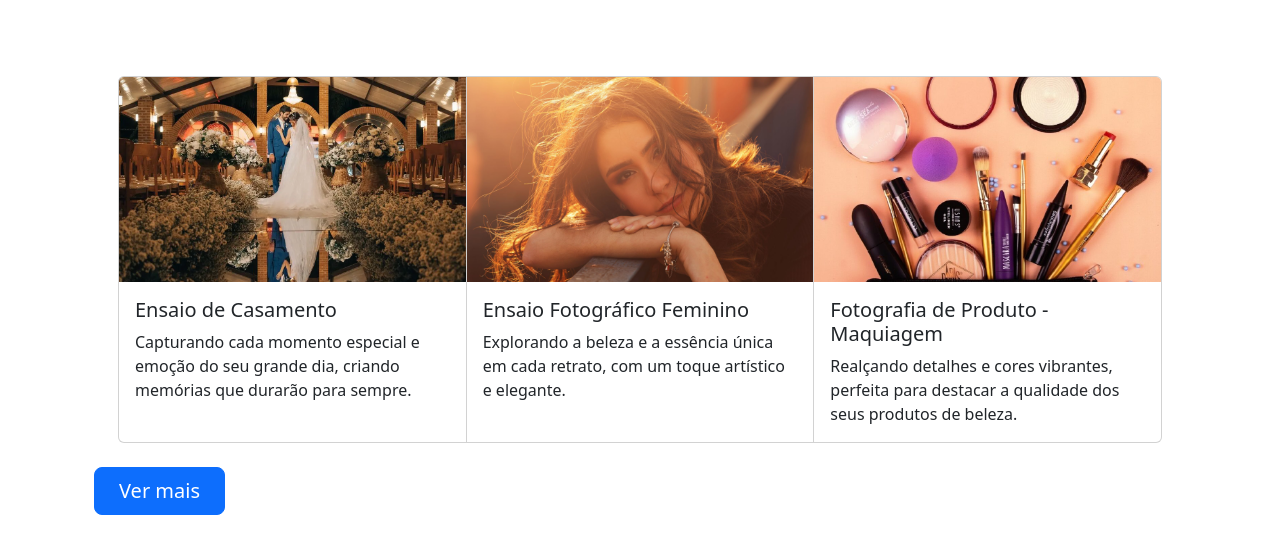
Repository: Marinalr-25/portifolio-fotografia
Page: index.html
The author's editor kept a copy of each file at every save. The page is drawn from the files as they stood at one save, then again after the next save.
The browser window is 1280 px wide. The pictures show the part of the page from y = 653 to 1192 px (the page is 1192 px tall).
A picture or video elsewhere on the page could not be fetched, so the positions and the page height are approximate.

Above is the page before, as saved 2025-01-19 17:05:00.

### index.html
<!DOCTYPE html>
<html lang="pt-BR" data-bs-theme="dark">
  <head>
    <meta charset="utf-8" />
    <meta name="viewport" content="width=device-width, initial-scale=1" />
    <title>Portifolio Fotográfia</title>
    <link
      href="https://cdn.jsdelivr.net/npm/bootstrap@5.3.3/dist/css/bootstrap.min.css"
      rel="stylesheet"
      integrity="sha384-QWTKZyjpPEjISv5WaRU9OFeRpok6YctnYmDr5pNlyT2bRjXh0JMhjY6hW+ALEwIH"
      crossorigin="anonymous"
    />
    <!-- Bootstrap Icons -->
    <link
      href="https://cdn.jsdelivr.net/npm/bootstrap-icons/font/bootstrap-icons.css"
      rel="stylesheet"
    />
    <link rel="stylesheet" href="css/style.css" />
  </head>
  <body>
    <!-- Header -->
    <div class="container">
      <header
        class="d-flex flex-wrap justify-content-center py-3 mb-4 border-bottom"
      >
        <a
          href="/"
          class="d-flex align-items-center mb-3 mb-md-0 me-md-auto link-body-emphasis text-decoration-none"
        >
          <svg class="bi me-2" width="40" height="32">
            <use xlink:href="#bootstrap" />
          </svg>
          <span class="fs-4">Fotográfo Bootstrap</span>
        </a>

        <ul class="nav nav-pills">
          <li class="nav-item">
            <a href="#home" class="nav-link active" aria-current="page">Home</a>
          </li>
          <li class="nav-item">
            <a href="#galeria" class="nav-link">Galeria</a>
          </li>
          <li class="nav-item">
            <a href="#sobre" class="nav-link">Sobre mim</a>
          </li>
          <li class="nav-item">
            <a href="#servicos" class="nav-link">Serviços</a>
          </li>
          <li class="nav-item">
            <a href="#contato" class="nav-link">Contato</a>
          </li>
          <button id="toggleThemeBtn" class="btn btn-light">
            <i id="themeIcon" class="bi bi-brightness-high"></i>
          </button>
        </ul>
      </header>
    </div>

    <!-- Hero -->
    <div class="container col-xxl-8 px-4 py-5">
      <div class="row flex-lg-row-reverse align-items-center g-5 py-5">
        <div class="col-10 col-sm-8 col-lg-6">
          <img
            src="src/fotografiaHero.jpg"
            class="d-block mx-lg-auto img-fluid img-hero"
            alt="Bootstrap Themes"
            width="700"
            height="500"
            loading="lazy"
          />
        </div>
        <div class="col-lg-6">
          <h1 class="fw-bold text-body-emphasis lh-1 mb-3">
            Capturando Momentos, Criando Memórias
          </h1>
          <p class="lead">
            Com uma abordagem única e criativa, busco capturar a essência de
            cada cena e emoção. Meu trabalho é uma mistura de técnica, paixão e
            sensibilidade. Através da minha lente, tento criar imagens que falam
            por si mesmas.
          </p>
          <div class="d-grid gap-2 d-md-flex justify-content-md-start">
            <button type="button" class="btn btn-primary btn-lg px-4 me-md-2">
              Veja meu trabalho
            </button>
            <button type="button" class="btn btn-outline-secondary btn-lg px-4">
              Entre em Contato
            </button>
          </div>
        </div>
      </div>
    </div>

    <!-- Galeria -->
    <div class="container card-group p-4">
      <div class="card-group p-4">
        <div class="card">
          <img
            src="src/casamento.webp"
            class="card-img-top"
            alt="ensaio fotografico de casamento"
          />
          <div class="card-body">
            <h5 class="card-title">Ensaio de Casamento</h5>
            <p class="card-text">
              Capturando cada momento especial e emoção do seu grande dia,
              criando memórias que durarão para sempre.
            </p>
          </div>
        </div>
        <div class="card">
          <img
            src="src/ensaiofotografico.jpeg"
            class="card-img-top"
            alt="ensaio fotografico de uma mulher"
          />
          <div class="card-body">
            <h5 class="card-title">Ensaio Fotográfico Feminino</h5>
            <p class="card-text">
              Explorando a beleza e a essência única em cada retrato, com um
              toque artístico e elegante.
            </p>
          </div>
        </div>
        <div class="card">
          <img
            src="src/maquiagem.jpg"
            class="card-img-top"
            alt="ensaio fotografico de produto (maquiagem)"
          />
          <div class="card-body">
            <h5 class="card-title">Fotografia de Produto - Maquiagem</h5>
            <p class="card-text">
              Realçando detalhes e cores vibrantes, perfeita para destacar a
              qualidade dos seus produtos de beleza.
            </p>
          </div>
        </div>
      </div>
      <button
        type="button"
        class="btn btn-primary btn-lg px-4 me-md-2 d-flex justify-content-center"
      >
        Ver mais
      </button>
    </div>

    <script
      src="https://cdn.jsdelivr.net/npm/@popperjs/core@2.11.8/dist/umd/popper.min.js"
      integrity="sha384-I7E8VVD/ismYTF4hNIPjVp/Zjvgyol6VFvRkX/vR+Vc4jQkC+hVqc2pM8ODewa9r"
      crossorigin="anonymous"
    ></script>
    <script
      src="https://cdn.jsdelivr.net/npm/bootstrap@5.3.3/dist/js/bootstrap.min.js"
      integrity="sha384-0pUGZvbkm6XF6gxjEnlmuGrJXVbNuzT9qBBavbLwCsOGabYfZo0T0to5eqruptLy"
      crossorigin="anonymous"
    ></script>
    <script src="js/script.js"></script>
  </body>
</html>

### css/style.css
/* Style Bootstrap */

.bd-placeholder-img {
  font-size: 1.125rem;
  text-anchor: middle;
  -webkit-user-select: none;
  -moz-user-select: none;
  user-select: none;
}

@media (min-width: 768px) {
  .bd-placeholder-img-lg {
    font-size: 3.5rem;
  }
}

.b-example-divider {
  width: 100%;
  height: 3rem;
  background-color: rgba(0, 0, 0, 0.1);
  border: solid rgba(0, 0, 0, 0.15);
  border-width: 1px 0;
  box-shadow: inset 0 0.5em 1.5em rgba(0, 0, 0, 0.1),
    inset 0 0.125em 0.5em rgba(0, 0, 0, 0.15);
}

.b-example-vr {
  flex-shrink: 0;
  width: 1.5rem;
  height: 100vh;
}

.bi {
  vertical-align: -0.125em;
  fill: currentColor;
}

.nav-scroller {
  position: relative;
  z-index: 2;
  height: 2.75rem;
  overflow-y: hidden;
}

.nav-scroller .nav {
  display: flex;
  flex-wrap: nowrap;
  padding-bottom: 1rem;
  margin-top: -1px;
  overflow-x: auto;
  text-align: center;
  white-space: nowrap;
  -webkit-overflow-scrolling: touch;
}

.btn-bd-primary {
  --bd-violet-bg: #712cf9;
  --bd-violet-rgb: 112.520718, 44.062154, 249.437846;

  --bs-btn-font-weight: 600;
  --bs-btn-color: var(--bs-white);
  --bs-btn-bg: var(--bd-violet-bg);
  --bs-btn-border-color: var(--bd-violet-bg);
  --bs-btn-hover-color: var(--bs-white);
  --bs-btn-hover-bg: #6528e0;
  --bs-btn-hover-border-color: #6528e0;
  --bs-btn-focus-shadow-rgb: var(--bd-violet-rgb);
  --bs-btn-active-color: var(--bs-btn-hover-color);
  --bs-btn-active-bg: #5a23c8;
  --bs-btn-active-border-color: #5a23c8;
}

.bd-mode-toggle {
  z-index: 1500;
}

.bd-mode-toggle .dropdown-menu .active .bi {
  display: block !important;
}

/* CSS próprio */

/* Header */

/* Hero */
.img-hero {
  width: 1000px;
}

/* Galeria */
.card-img-top {
  width: 100%;
  height: 205px;
  object-fit: cover;
}

### js/script.js
const toggleThemeBtn = document.getElementById('toggleThemeBtn');
const themeIcon = document.getElementById('themeIcon');
const body = document.body;

// Função para definir o ícone, tema e a classe do botão ao carregar a página
function setInitialTheme() {
  if (body.getAttribute('data-bs-theme') === 'dark') {
    themeIcon.classList.remove('bi-brightness-high');
    themeIcon.classList.add('bi-moon-stars-fill');
    toggleThemeBtn.classList.remove('btn-light');
    toggleThemeBtn.classList.add('btn-dark');
  } else {
    body.setAttribute('data-bs-theme', 'light');
    themeIcon.classList.remove('bi-moon-stars-fill');
    themeIcon.classList.add('bi-brightness-high');
    toggleThemeBtn.classList.remove('btn-dark');
    toggleThemeBtn.classList.add('btn-light');
  }
}

// Definir o tema inicial ao carregar
setInitialTheme();

toggleThemeBtn.addEventListener('click', () => {
  if (body.getAttribute('data-bs-theme') === 'dark') {
    body.setAttribute('data-bs-theme', 'light');
    themeIcon.classList.remove('bi-moon-stars-fill');
    themeIcon.classList.add('bi-brightness-high');
    toggleThemeBtn.classList.remove('btn-dark');
    toggleThemeBtn.classList.add('btn-light');
  } else {
    body.setAttribute('data-bs-theme', 'dark');
    themeIcon.classList.remove('bi-brightness-high');
    themeIcon.classList.add('bi-moon-stars-fill');
    toggleThemeBtn.classList.remove('btn-light');
    toggleThemeBtn.classList.add('btn-dark');
  }
});

After the next save:
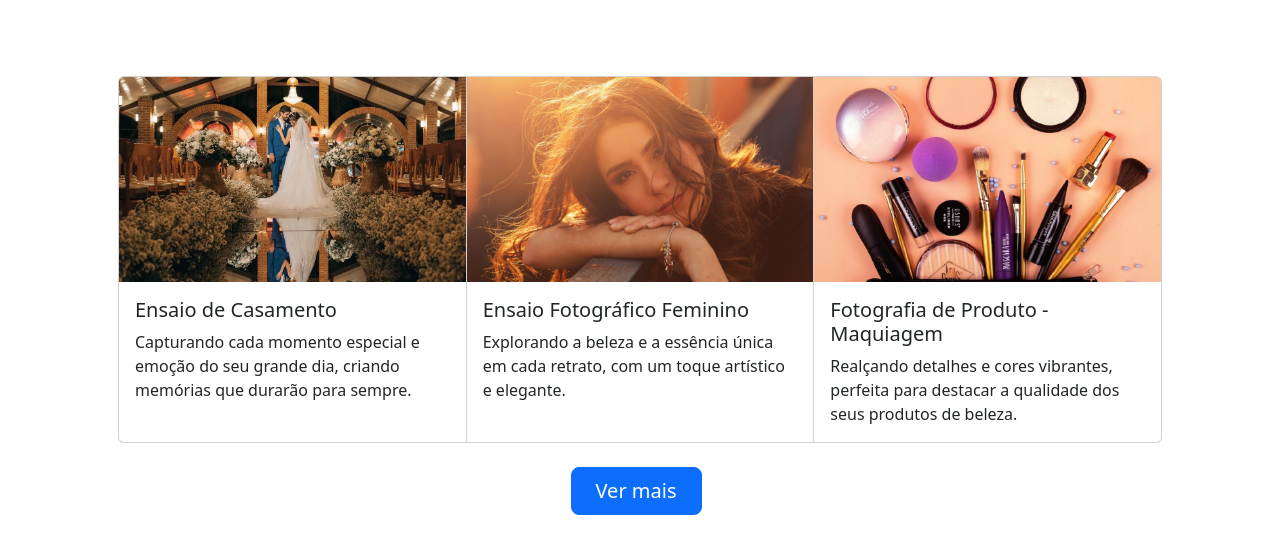
Saved 25 s later.
--- a/index.html
+++ b/index.html
@@ -92,7 +92,7 @@
     </div>
 
     <!-- Galeria -->
-    <div class="container card-group p-4">
+    <div class="container card-group p-4 d-flex justify-content-center">
       <div class="card-group p-4">
         <div class="card">
           <img
@@ -137,10 +137,7 @@
           </div>
         </div>
       </div>
-      <button
-        type="button"
-        class="btn btn-primary btn-lg px-4 me-md-2 d-flex justify-content-center"
-      >
+      <button type="button" class="btn btn-primary btn-lg px-4 me-md-2">
         Ver mais
       </button>
     </div>
